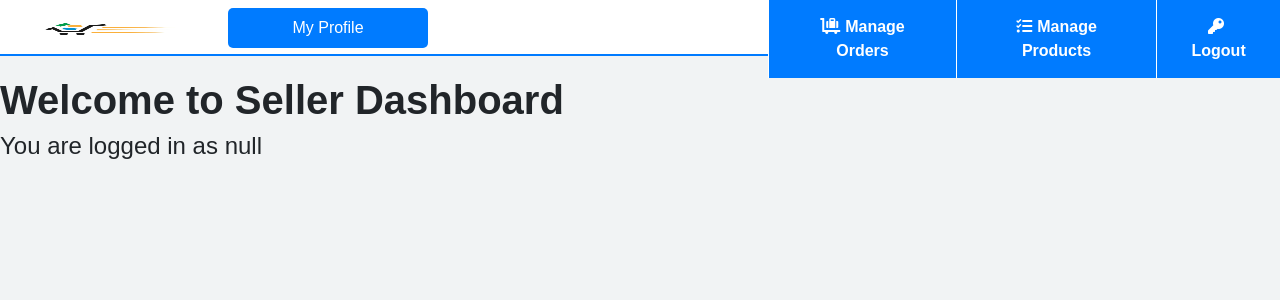
Repository: sahanjayawardena9619/PAF_Project
Page: http://localhost/paf_project/WEB-INF/views/sellerDashboard.jsp
The author's editor kept a copy of each file at every save. The page is drawn from the files as they stood at one save, then again after the next save.
The browser window is 1280 px wide. The pictures show the whole page.
Some web libraries are served in a nearby version. The page is served by Tomcat 9. Nobody is signed in. The template is opened directly, without the code that normally fills it, so the values that code supplies are empty.

Above is the page before, as saved 2019-05-15 18:07:27.

After the next save:
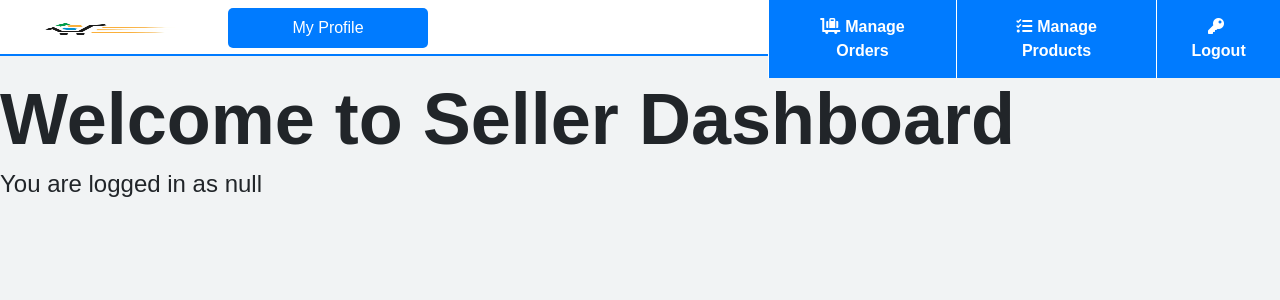
Saved 16 s later.
--- a/Main Project (Final)/PAF/paf_project/src/main/webapp/WEB-INF/views/sellerDashboard.jsp
+++ b/Main Project (Final)/PAF/paf_project/src/main/webapp/WEB-INF/views/sellerDashboard.jsp
@@ -46,7 +46,7 @@
 	</div>
 
 	<div>
-		<h1><b>Welcome to Seller Dashboard</b></h1>
+		<h1 style="font-size:72px;"><b>Welcome to Seller Dashboard</b></h1>
 		<h4>You are logged in as <font-color="green"><%=session.getAttribute("emailSeller") %></font></h4>
 	</div>
 
